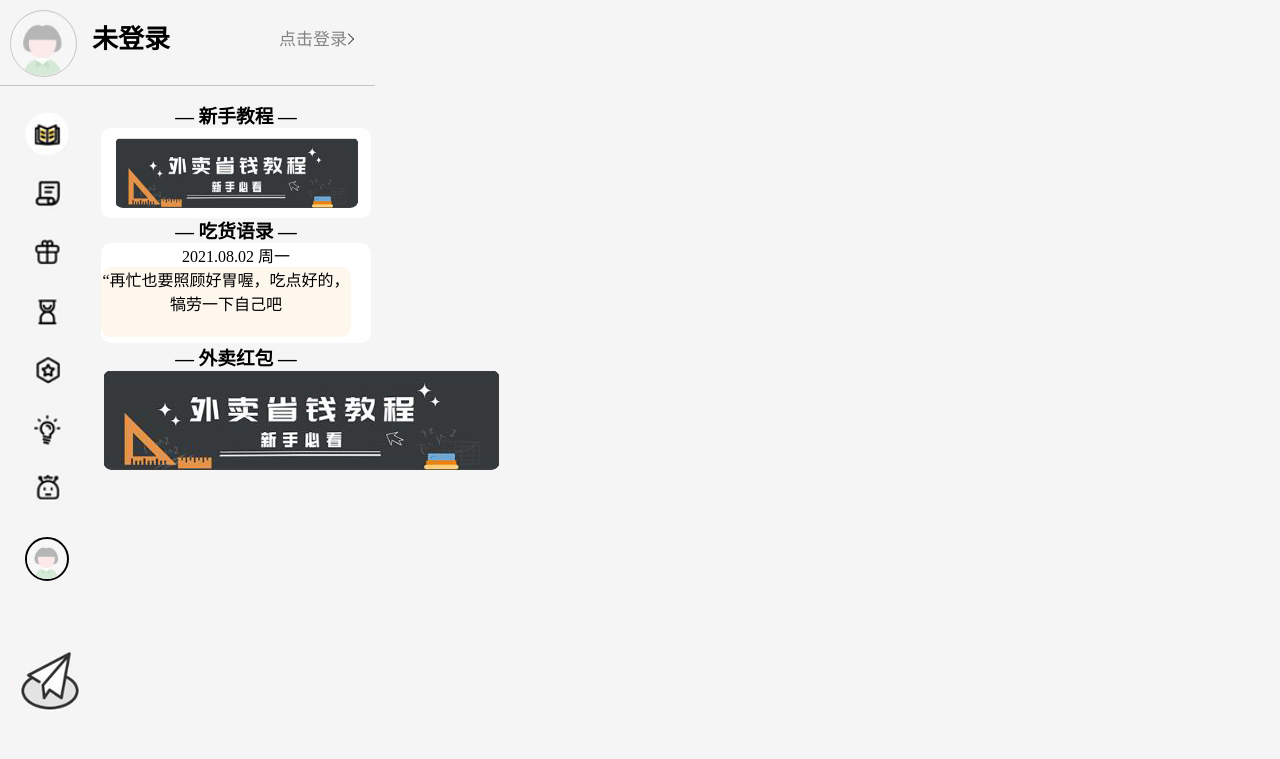
Repository: Privatexiao/projects
Page: Takeout assistant/index.html
An editor plug-in stored every save of this project. The page is shown before and after a run of saves, followed by the edit.
The browser window is 1280 px wide. The pictures show the whole page.

Above is the page before, as saved 2021-08-02 17:10:38.

After the next 4 saves:
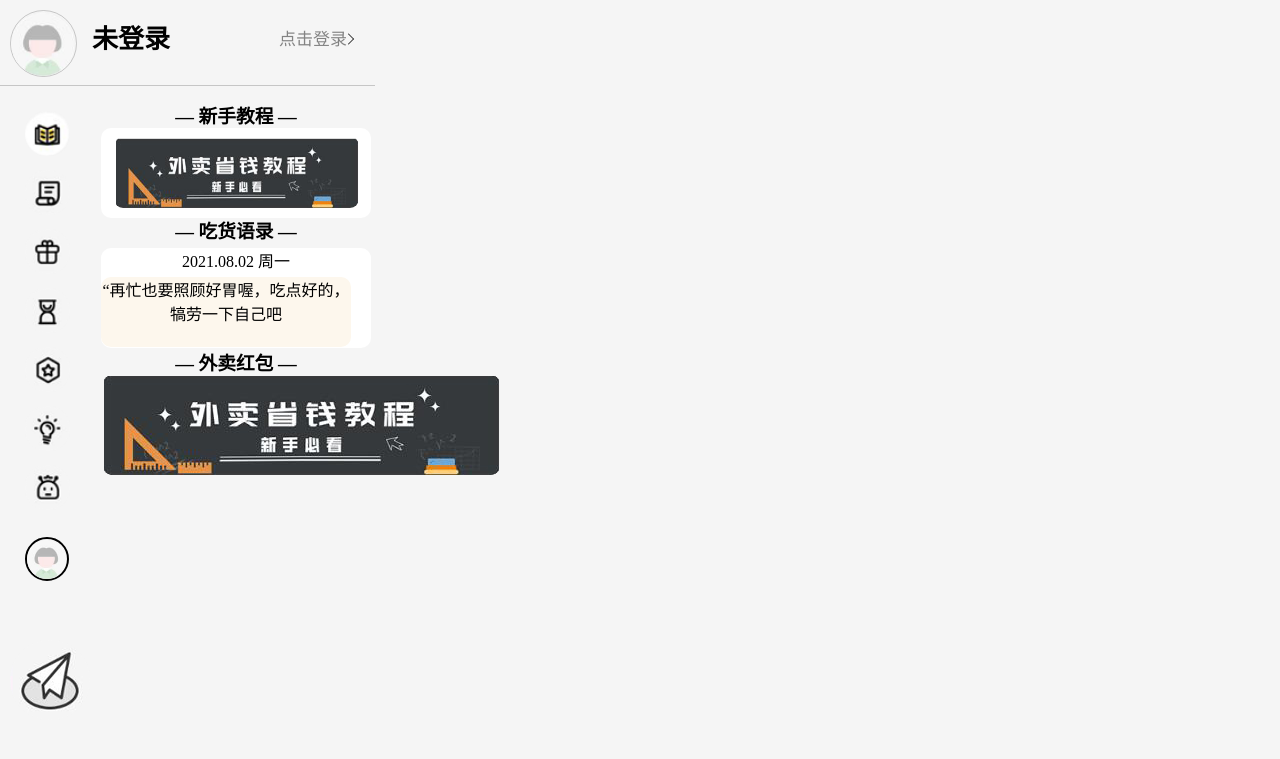
The 4 saves are shown as one change because they came seconds apart.
The last was saved 14 s later.
--- a/Takeout assistant/css/index.css
+++ b/Takeout assistant/css/index.css
@@ -115,6 +115,7 @@ ul,ol{
 }
 .VersionQuotation p{
     text-align: center;
+    margin: 5px 0;
 }
 .VersionQuotation .chyl_bj{
     background-color: white;
